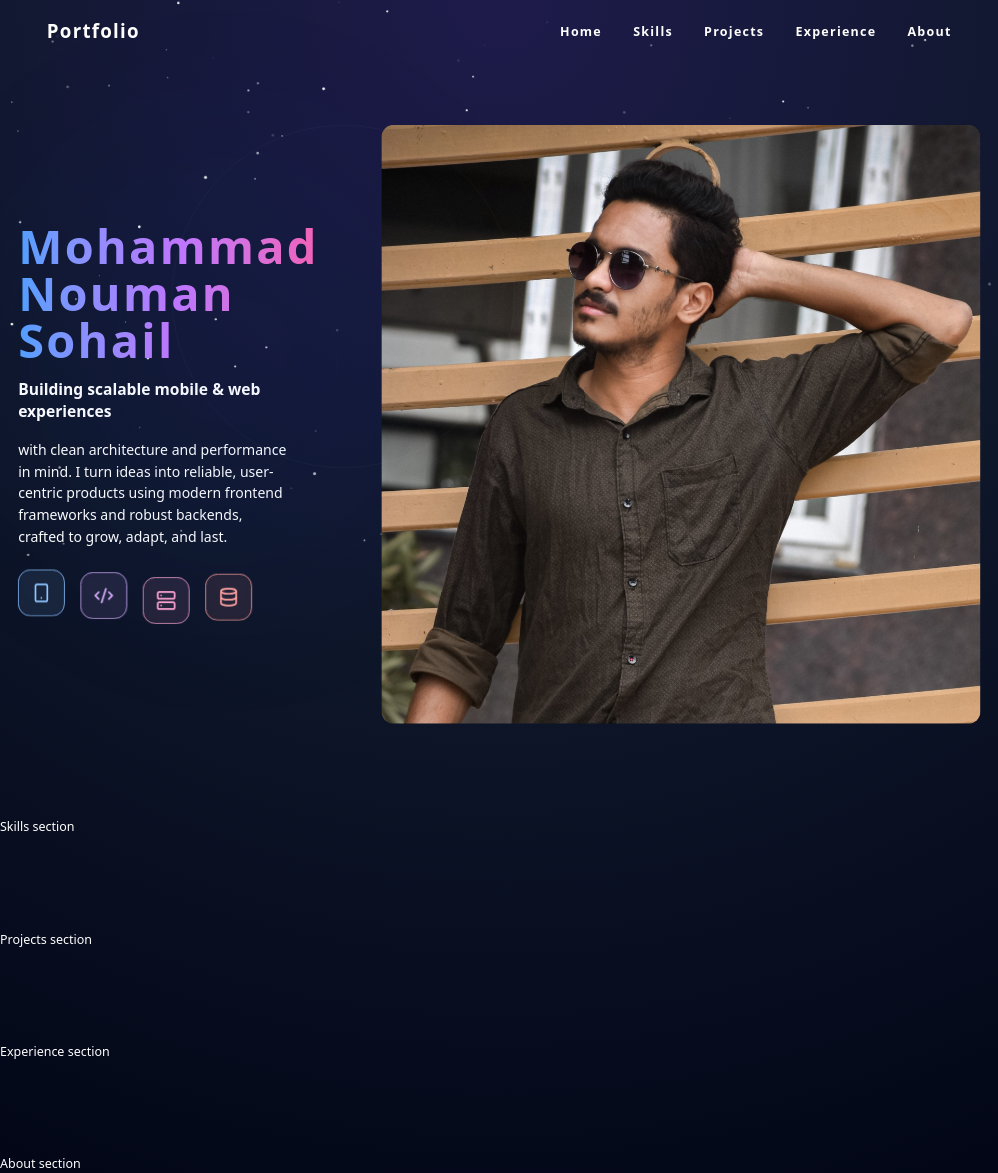
Repository: NoumanSohail/Nouman-Sohail-Portfolio
Page: /
An editor plug-in stored every save of this project. The page is shown before and after the next save, followed by the edit.
The browser window is 1280 px wide. The pictures show the whole page, at 78% of full size.
The project was rebuilt for these pictures with package versions that can differ from the ones it lists, and the page was loaded fresh each time. The framework's server and built-in components were replaced by stand-ins that run in the browser. Also part of the build but not shown: next.config.ts.

Above is the page before, as saved 2026-01-24 20:26:23.

### app/layout.tsx
import type { Metadata } from "next";
import { Geist, Geist_Mono } from "next/font/google";
import "./globals.css";
import Navbar from "./components/header/Navbar";
import StarBackground from "./components/ui/StarBackground";

const geistSans = Geist({
  variable: "--font-geist-sans",
  subsets: ["latin"],
});

const geistMono = Geist_Mono({
  variable: "--font-geist-mono",
  subsets: ["latin"],
});

export const metadata: Metadata = {
  title: "Create Next App",
  description: "Generated by create next app",
};

export default function RootLayout({
  children,
}: Readonly<{
  children: React.ReactNode;
}>) {
  return (
    <html lang="en">
      <body
        className={`${geistSans.variable} ${geistMono.variable} antialiased`}
      >
        <StarBackground />
        <Navbar />
        {children}
      </body>
    </html>
  );
}

### app/page.tsx
import React from 'react'
import Hero from './components/sections/Hero'
import Skills from './components/sections/Skills'
import Projects from './components/sections/Projects'
import Experience from './components/sections/Experience'
import About from './components/sections/About'

const page = () => {
  return (
    <div>
      <Hero />
      <Skills />
      <Projects />
      <Experience />
      <About />
    </div>
  )
}

export default page

### app/globals.css
@import "tailwindcss";

html {
  scroll-behavior: smooth;
}

body {
  overflow-x: hidden;
  position: relative;
  background: radial-gradient(circle at 50% 0%, #1e1b4b, #0f172a, #020617);
  min-height: 100vh;
}

### app/components/header/Navbar.tsx
"use client";

import { useEffect, useState } from "react";
import { navLinks } from "@/app/data";
import Link from "next/link";
import { Menu, X } from "lucide-react";

const Navbar = () => {
  const [isScrolled, setIsScrolled] = useState(false);
  const [menuOpen, setMenuOpen] = useState(false);

  useEffect(() => {
    const handleScroll = () => setIsScrolled(window.scrollY > 20);
    window.addEventListener("scroll", handleScroll);
    return () => window.removeEventListener("scroll", handleScroll);
  }, []);

  return (
    <header
      className={`fixed top-0 left-0 right-0 z-50 transition-all ${
        isScrolled
          ? "bg-transparent backdrop-blur-md border-b border-white/20 shadow-lg py-3"
          : "bg-transparent py-6"
      }`}
    >
      <div className="w-full mx-auto max-w-384 flex items-center justify-between px-5 md:px-10 lg:px-15 text-white tracking-widest">
        <h1 className="font-bold text-2xl">Portfolio</h1>

        {/* large displays like laptops */}
        <nav className="hidden lg:flex">
          {navLinks.map((links) => (
            <div key={links.name} className="flex ml-10 font-semibold">
              <Link href={links.id}>{links.name}</Link>
            </div>
          ))}
        </nav>

        {/* Mobile Hamburger */}
        <div className="lg:hidden flex items-center justify-center">
          <button
            onClick={() => setMenuOpen(!menuOpen)}
            className="text-zinc-400"
          >
            <Menu size={30} />
          </button>
        </div>

        {menuOpen && (
          <div className="fixed inset-0 h-screen flex justify-end bg-black/40 backdrop-blur-sm">
            <div className="relative h-full w-[60%] bg-[#0f172a] text-white flex items-center transition-transform duration-300 translate-x-0">
              <button
                onClick={() => setMenuOpen(false)}
                className={`absolute top right-5 md:right-10 text-white ${isScrolled ? "top-3" : "top-6"}`}
              >
                <X size={30} />
              </button>

              <nav className="flex flex-col p-10 gap-10 mt-20">
                {navLinks.map((links) => (
                  <Link
                    key={links.name}
                    href={links.id}
                    onClick={() => setMenuOpen(false)}
                    className="font-semibold"
                  >
                    {links.name}
                  </Link>
                ))}
              </nav>
            </div>
          </div>
        )}
      </div>
    </header>
  );
};

export default Navbar;

### app/components/ui/StarBackground.tsx
"use client";

import { useEffect, useRef } from "react";

const StarBackground = () => {
  const canvasRef = useRef<HTMLCanvasElement | null>(null);

  useEffect(() => {
    const canvas = canvasRef.current;
    if (!canvas) return;

    const ctx = canvas.getContext("2d");
    if (!ctx) return;

    let stars: any[] = [];
    const STAR_COUNT = 120;

    const resize = () => {
      canvas.width = window.innerWidth;
      canvas.height = window.innerHeight;
    };

    resize();
    window.addEventListener("resize", resize);

    // Create stars
    stars = Array.from({ length: STAR_COUNT }).map(() => ({
      x: Math.random() * canvas.width,
      y: Math.random() * canvas.height,
      radius: Math.random() * 1.5 + 0.5,
      speed: Math.random() * 0.3 + 0.1,
      opacity: Math.random(),
    }));

    const animate = () => {
      ctx.clearRect(0, 0, canvas.width, canvas.height);

      stars.forEach((star) => {
        star.y += star.speed;
        if (star.y > canvas.height) {
          star.y = 0;
          star.x = Math.random() * canvas.width;
        }

        ctx.beginPath();
        ctx.arc(star.x, star.y, star.radius, 0, Math.PI * 2);
        ctx.fillStyle = `rgba(255,255,255,${star.opacity})`;
        ctx.fill();
      });

      requestAnimationFrame(animate);
    };

    animate();

    return () => window.removeEventListener("resize", resize);
  }, []);

  return (
    <canvas
      ref={canvasRef}
      className="fixed inset-0 pointer-events-none -z-10"
    />
  );
};

export default StarBackground;

### app/components/sections/Hero.tsx
import { personaldetails } from "@/app/data";
import Image from "next/image";
import me from "@/public/images/me.jpg";
import { Code2, Database, Server, Smartphone } from "lucide-react";

const Hero = () => {
  return (
    <section
      id="home"
      className="scroll-mt-40 w-full mx-auto max-w-384 px-5 md:px-10 lg:px-15 text-white mt-30 md:mt-40 overflow-hidden"
    >
      {/* Central Glowing Orb */}
      <div
        className="absolute hidden lg:block lg:left-55 xl:left-0 w-[45%] h-[45%] bg-blue-700/50 rounded-full
          blur-[120px] opacity-10 animate-pulse [animation-delay:2000ms] z-0
        "
      />

      {/* Orbiting Elements */}
      <div
        className="absolute hidden lg:block left-55 w-110 h-110 border border-white/5 rounded-full
          animate-spin [animation-duration:20s] z-10
        "
      />

      <div className="flex flex-col lg:flex-row items-center justify-center gap-7 lg:gap-20 text-center lg:text-start">
        <div className="flex flex-col gap-5">
          <h1 className="font-black text-4xl lg:text-6xl tracking-wider text-balance text-transparent bg-clip-text bg-linear-to-r from-blue-400 via-purple-400 to-pink-400">
            {personaldetails.name}
          </h1>
          <h2 className="font-semibold text-2xl lg:text-xl">
            {personaldetails.tagline}
          </h2>
          <p className="lg:text-lg lg:text-balance">
            {personaldetails.statement}
          </p>

          <div className="flex gap-5 mt-5 items-center justify-center lg:items-start lg:justify-start">
            <Smartphone
              size={60}
              className="p-4 border rounded-2xl backdrop-blur-xs bg-blue-300/10 hover:scale-110
                        border-blue-300  hover:border-blue-300 text-blue-300 hover:text-blue-300
                        transition-all duration-300 animate-bounce [animation-delay:0ms]"
            />
            <Code2
              size={60}
              className="p-4 border rounded-2xl backdrop-blur-xs bg-purple-300/10 hover:scale-110
                        border-purple-300 hover:border-purple-300 text-purple-300 hover:text-purple-300
                        transition-all duration-300 animate-bounce [animation-delay:100ms]"
            />
            <Server
              size={60}
              className="p-4 border rounded-2xl backdrop-blur-xs bg-pink-300/10 hover:scale-110
                        border-pink-300 hover:border-pink-300 text-pink-300 hover:text-pink-300
                        transition-all duration-300 animate-bounce [animation-delay:200ms]"
            />
            <Database
              size={60}
              className="p-4 border rounded-2xl backdrop-blur-xs bg-red-300/10 hover:scale-110
                        border-red-300 hover:border-red-300 text-red-300 hover:text-red-300
                        transition-all duration-300 animate-bounce [animation-delay:300ms]"
            />
          </div>
        </div>

        <Image
          src={me}
          alt={personaldetails.name}
          height={350}
          width={350}
          className="rounded-2xl lg:h-3xl lg:w-3xl"
        />
      </div>
    </section>
  );
};

export default Hero;

### app/components/sections/Skills.tsx

const Skills = () => {
  return (
    <section id="skills" className="h-fit">
      <div className="text-white pt-30">Skills section</div>
    </section>
  );
};

export default Skills;

### app/components/sections/Projects.tsx

const Projects = () => {
  return (
    <section id="projects" className="h-fit">
      <div className="text-white pt-30">Projects section</div>
    </section>
  )
}

export default Projects

### app/components/sections/Experience.tsx

const Experience = () => {
  return (
    <section id="experience" className="h-fit">
      <div className="text-white pt-30">Experience section</div>
    </section>
  );
};

export default Experience;

### app/components/sections/About.tsx

const About = () => {
  return (
    <section id="about" className="h-fit">
      <div className="text-white pt-30">About section</div>
    </section>
  )
}

export default About

### app/data.tsx
export const navLinks = [
  { name: "Home", id: "/#home" },
  { name: "Skills", id: "/#skills" },
  { name: "Projects", id: "/#projects" },
  { name: "Experience", id: "/#experience" },
  { name: "About", id: "/#about" },
];

export const personaldetails = {
  name: "Mohammad Nouman Sohail",
  role: "Full Stack Mobile & Web Developer",
  tagline: "Building scalable mobile & web experiences",
  statement:
    "with clean architecture and performance in mind. I turn ideas into reliable, user-centric products using modern frontend frameworks and robust backends, crafted to grow, adapt, and last.",
};

After the next save:
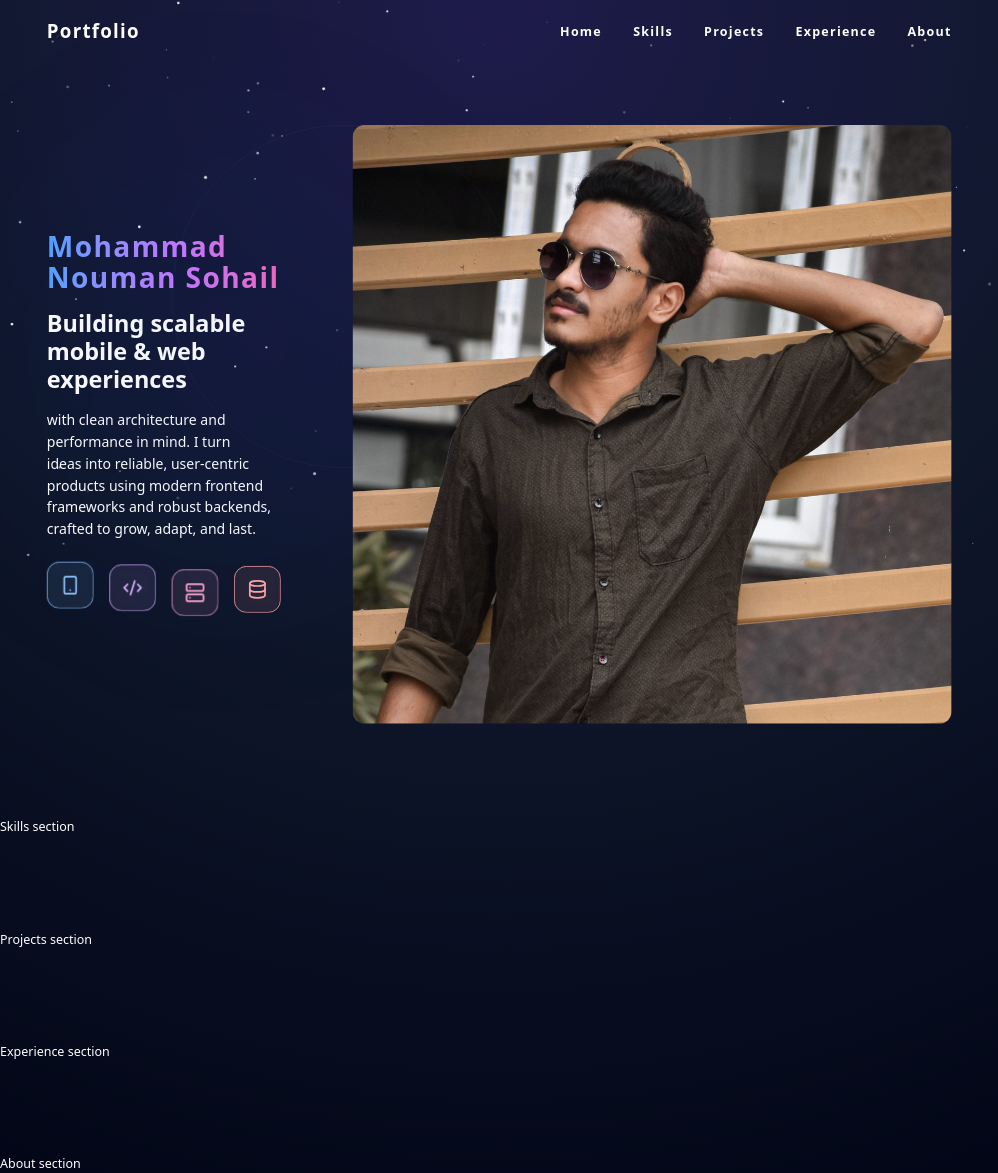
Saved 30 s later.
--- a/app/components/sections/Hero.tsx
+++ b/app/components/sections/Hero.tsx
@@ -25,10 +25,10 @@ const Hero = () => {
 
       <div className="flex flex-col lg:flex-row items-center justify-center gap-7 lg:gap-20 text-center lg:text-start">
         <div className="flex flex-col gap-5">
-          <h1 className="font-black text-4xl lg:text-6xl tracking-wider text-balance text-transparent bg-clip-text bg-linear-to-r from-blue-400 via-purple-400 to-pink-400">
+          <h1 className="font-black text-4xl lg:text-4xl tracking-wider text-balance text-transparent bg-clip-text bg-linear-to-r from-blue-400 via-purple-400 to-pink-400">
             {personaldetails.name}
           </h1>
-          <h2 className="font-semibold text-2xl lg:text-xl">
+          <h2 className="font-semibold text-2xl lg:text-3xl">
             {personaldetails.tagline}
           </h2>
           <p className="lg:text-lg lg:text-balance">
